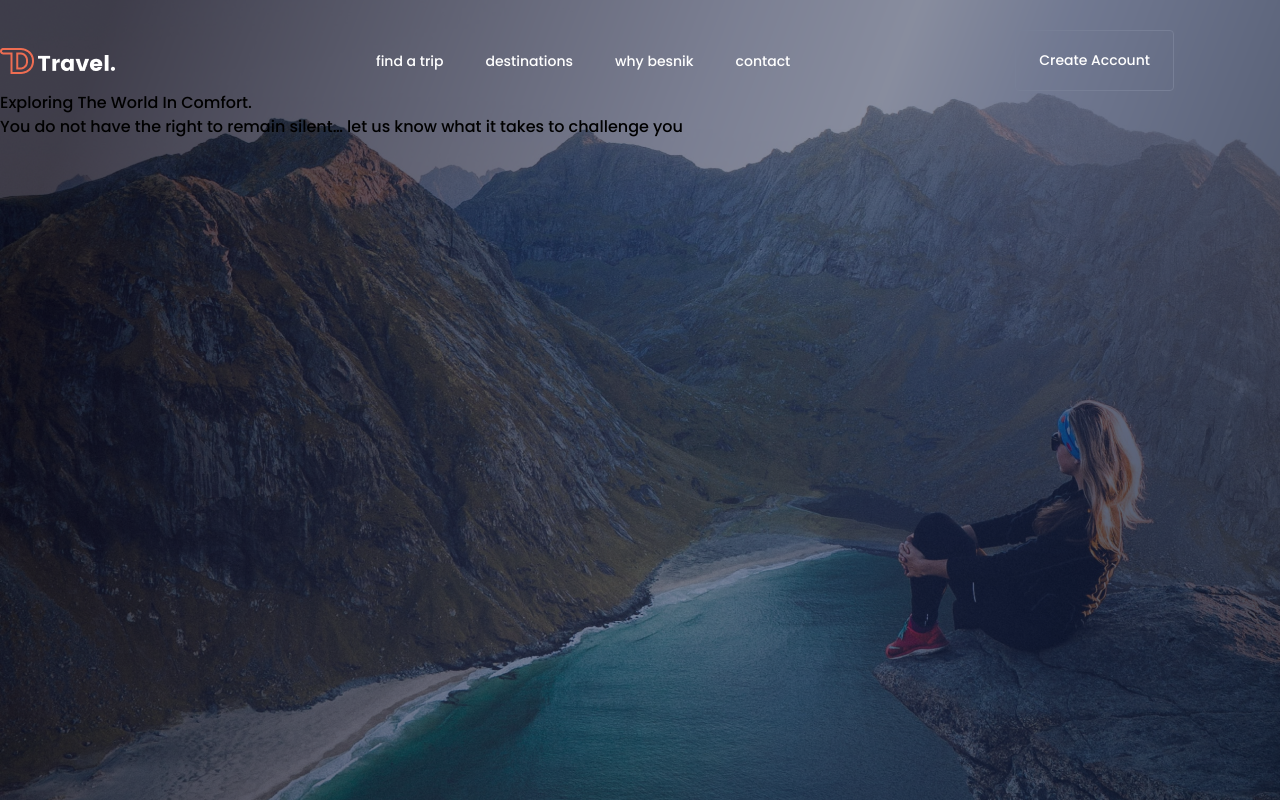
Repository: hoang0508/LandingPage-CodeTravel2
Page: index.html
The author's editor kept a copy of each file at every save. The page is drawn from the files as they stood at one save, then again after the next save.
The browser window is 1280 px wide. The pictures show the whole page.
The style sheet was rebuilt from its Sass, Less or Tailwind sources for each picture, by a compiler version that may differ from the author's.

Above is the page before, as saved 2022-09-15 15:45:22.

### index.html
<!DOCTYPE html>
<html lang="en">
  <head>
    <meta charset="UTF-8" />
    <meta http-equiv="X-UA-Compatible" content="IE=edge" />
    <meta name="viewport" content="width=device-width, initial-scale=1.0" />
    <title>Travale LandingPage</title>
    <link rel="stylesheet" href="./css/style.css" />
  </head>
  <body>
    <div class="wrapper">
      <!-- HEADER -->
      <header class="header">
        <div class="container">
          <div class="header-main">
            <div class="header-logo">
              <img src="./images/Logo.png" alt="Logo" />
            </div>
            <nav class="header-menu">
              <ul class="header-menu--list">
                <li class="header-menu--item">
                  <a href="#" class="header-menu--link">FIND A TRIP</a>
                </li>
                <li class="header-menu--item">
                  <a href="#" class="header-menu--link">DESTINATIONS</a>
                </li>
                <li class="header-menu--item">
                  <a href="#" class="header-menu--link">WHY BESNIK</a>
                </li>
                <li class="header-menu--item">
                  <a href="#" class="header-menu--link">CONTACT</a>
                </li>
              </ul>
            </nav>
            <button class="button button-acount">Create Account</button>
          </div>

          <div class="header-content">
            <h1 class="header-content--title">
              Exploring The World In Comfort.
            </h1>
            <p class="">
              You do not have the right to remain silent… let us know what it
              takes to challenge you
            </p>
          </div>
        </div>
      </header>
    </div>
  </body>
</html>

### sass/main.scss
@import "reset";
@import "variable";
@import "typography";
@import "base";
@import "global";
@import "header";

### sass/_reset.scss
*,
*::before,
*::after {
  box-sizing: border-box;
}
* {
  margin: 0;
  padding: 0;
  font: inherit;
}
body {
  line-height: 1.5;
}
img,
picture,
video,
canvas,
svg {
  display: block;
  max-width: 100%;
}
input,
button,
textarea,
select {
  outline: none;
}
p,
h1,
h2,
h3,
h4,
h5,
h6 {
  overflow-wrap: break-word;
}

a {
  text-decoration: none;
}

ul,
li {
  list-style: none;
}

### sass/_variable.scss
$text-white: #fff;
$primary-color: #34a5e4;

### sass/_typography.scss
@font-face {
  font-family: "Poppins";
  src: url("../fonts/Poppins-Regular.ttf") format("opentype");
  font-style: normal;
  font-display: auto;
  font-weight: 400;
}

@font-face {
  font-family: "Poppins";
  src: url("../fonts/Poppins-Light.ttf") format("opentype");
  font-style: normal;
  font-display: auto;
  font-weight: 300;
}

@font-face {
  font-family: "Poppins";
  src: url("../fonts/Poppins-Medium.ttf") format("opentype");
  font-style: normal;
  font-display: auto;
  font-weight: 500;
}

@font-face {
  font-family: "Poppins";
  src: url("../fonts/Poppins-SemiBold.ttf") format("opentype");
  font-style: normal;
  font-display: auto;
  font-weight: 600;
}

@font-face {
  font-family: "Poppins";
  src: url("../fonts/Poppins-Thin.ttf") format("opentype");
  font-style: normal;
  font-display: auto;
  font-weight: 100;
}

@font-face {
  font-family: "Poppins";
  src: url("../fonts/Poppins-Bold.ttf") format("opentype");
  font-style: normal;
  font-display: auto;
  font-weight: 700;
}

### sass/_base.scss
body {
  font-family: "Poppins", sans-serif;
  font-weight: 500;
}

.wrapper {
  max-width: 1600px;
  margin: 0 auto;
}

.container {
  max-width: 1280px;
  margin: 0 auto;
}

### sass/_global.scss
button.button {
  display: inline-block;
  border: 0;
  cursor: pointer;
  color: $text-white;
  &-acount {
    background-color: transparent;
    padding: 19px 23px;
    border: 1.5px solid #777f96;
    border-radius: 4px;
    font-size: 14px;
  }
}

### sass/_header.scss
.header {
  background-image: url("../images/header-img.png");
  min-height: 800px;
  background-size: cover;
  background-repeat: repeat;
  padding-top: 30px;
  &-main {
    display: flex;
    align-items: center;
  }
  &-logo {
    margin-right: 261px;
  }
  &-menu {
    &--list {
      display: flex;
      align-items: center;
      gap: 0 42px;
      margin-right: 225px;
    }
    &--link {
      color: $text-white;
      text-transform: lowercase;
      font-size: 14px;
    }
  }
}

After the next save:
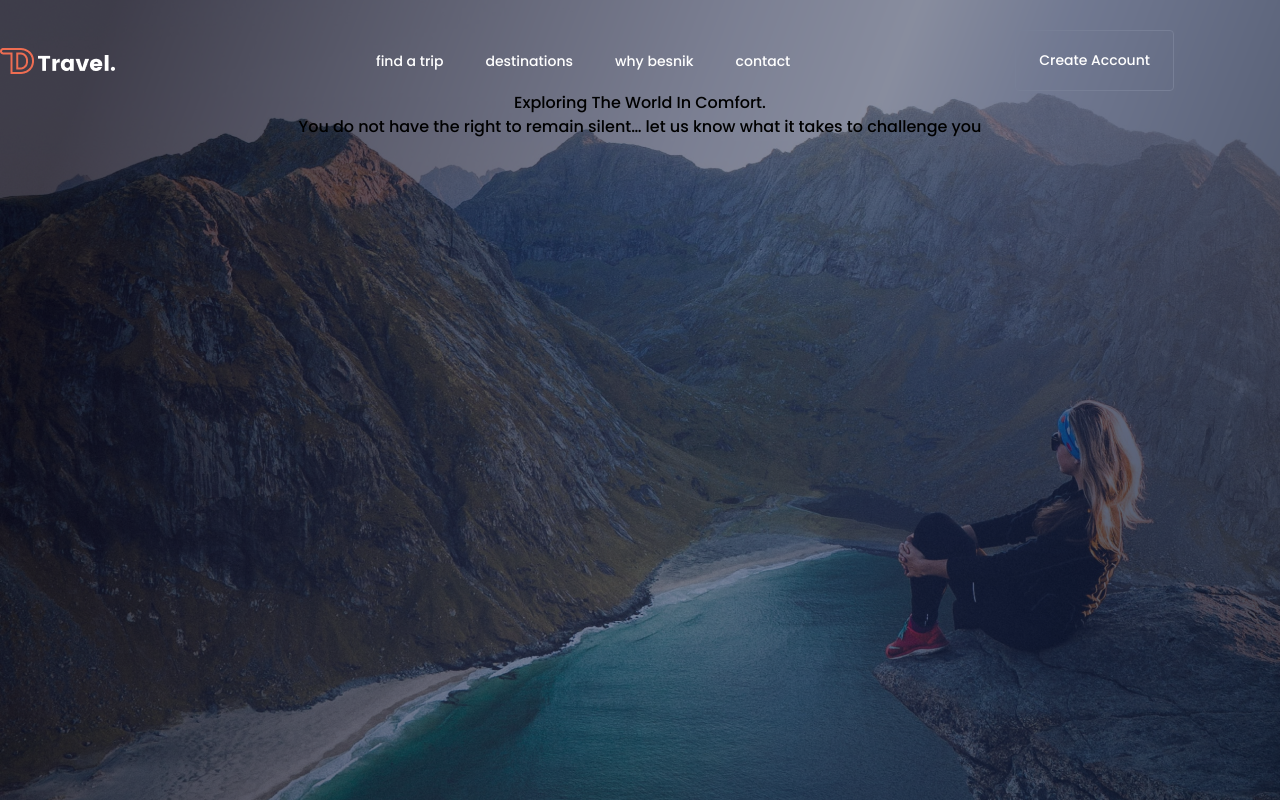
Saved 32 s later.
--- a/sass/_header.scss
+++ b/sass/_header.scss
@@ -24,4 +24,7 @@
       font-size: 14px;
     }
   }
+  &-content {
+    text-align: center;
+  }
 }
